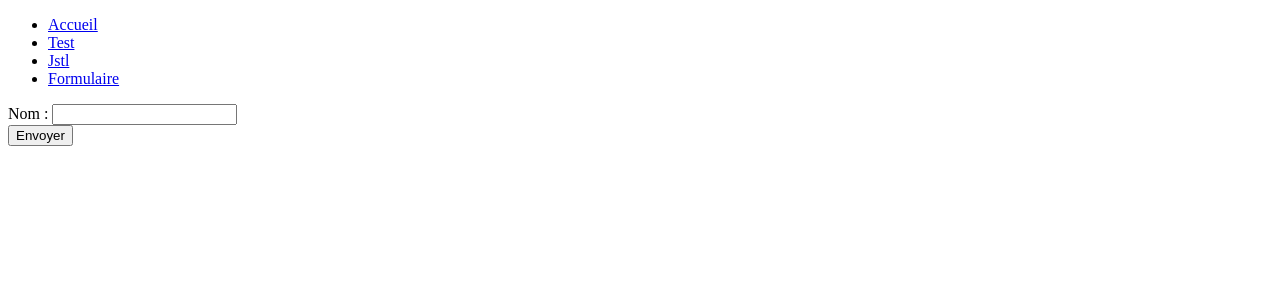
Repository: khadimniass/AppliTestJEE
Page: http://localhost/test/Formulaire
These files come from the project's save history. The page is drawn as it stood at one moment and after the next save; the edit follows.
The browser window is 1280 px wide. The pictures show the whole page.
The page is served by Tomcat 9.

Above is the page before, as saved 2020-07-07 10:49:09.

After the next save:
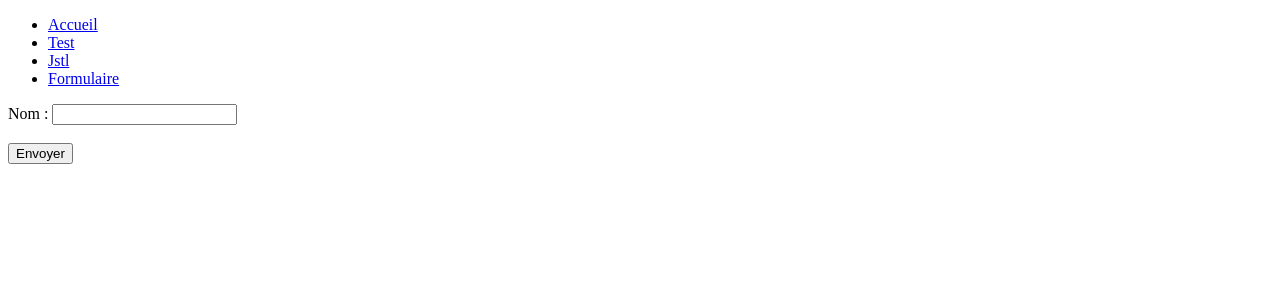
Saved 12 s later.
--- a/test/WebContent/WEB-INF/formulaire.jsp
+++ b/test/WebContent/WEB-INF/formulaire.jsp
@@ -12,7 +12,7 @@
 
 	<form methode="post" action="formulaire.jsp">
 	<label for ="nom">Nom : </label>
-	<input type="text" name="nom" id="nom" /></br>
+	<input type="text" name="nom" id="nom" /></br></br>
 
 	<input type="submit" value="Envoyer"/>
 	</form>
